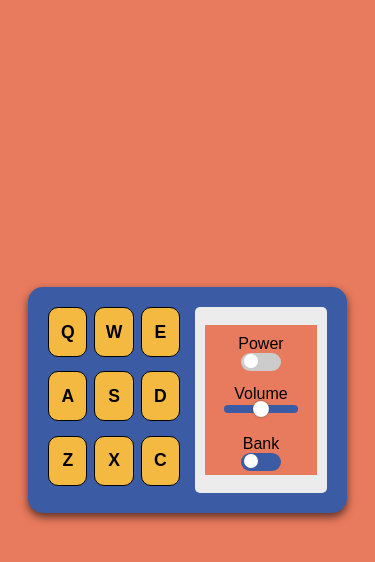
Repository: alfredoleano/drum-machine
Page: /
An editor plug-in stored every save of this project. The page is shown before and after the next save, followed by the edit.
The browser window is 375 px wide. The pictures show the whole page.
The project was rebuilt for these pictures with package versions that can differ from the ones it lists, and the page was loaded fresh each time.

Above is the page before, as saved 2024-06-11 20:38:59.

After the next save:
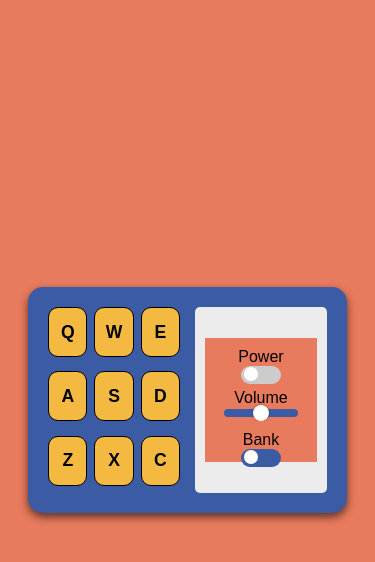
Saved 10 s later.
--- a/src/styles.scss
+++ b/src/styles.scss
@@ -263,6 +263,6 @@
   }
 
   .settings {
-    height: 30%;
+    height: 25%;
   }
 }

After the save that followed:
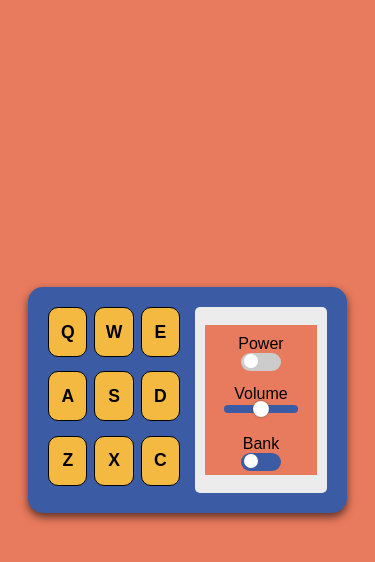
Saved 4 s later.
--- a/src/styles.scss
+++ b/src/styles.scss
@@ -263,6 +263,6 @@
   }
 
   .settings {
-    height: 25%;
+    height: 30%;
   }
 }
